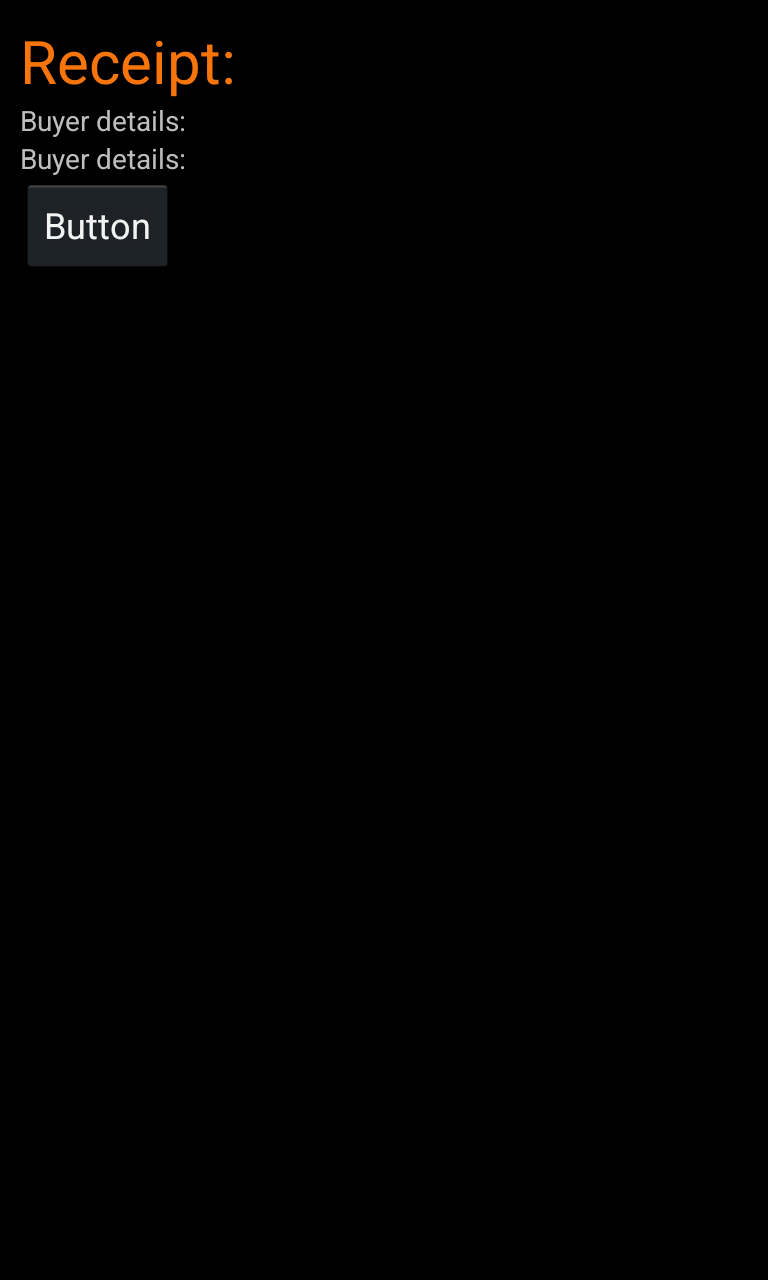
Repository: Adammdit/DT2283GUI
Layout: GunSmoke/res/layout/activity_receipt.xml
An editor plug-in stored every save of this project. The layout is shown before and after the next save, followed by the edit.
It is drawn on a 768 x 1280 px phone screen (xhdpi) without system bars, with theme android:Theme.Holo; the app's code is not run.

Above is the layout before, as saved 2014-11-09 16:04:10.

### GunSmoke/res/layout/activity_receipt.xml
<LinearLayout xmlns:android="http://schemas.android.com/apk/res/android"
    xmlns:tools="http://schemas.android.com/tools"
    android:id="@+id/LinearLayout1"
    android:layout_width="match_parent"
    android:layout_height="match_parent"
    android:paddingBottom="10dp"
    android:paddingLeft="10dp"
    android:paddingRight="10dp"
    android:paddingTop="10dp"
    android:orientation="vertical" >

    <TextView
        android:layout_width="wrap_content"
        android:layout_height="wrap_content"
        android:textColor="#F7750A"
        android:text="Receipt:"
        android:textSize="30sp" />

    <TextView
        android:layout_width="wrap_content"
        android:layout_height="wrap_content"
        android:text="@string/buyerDetails" />
    <TextView
        android:id="@+id/receiptName"
        android:layout_width="wrap_content"
        android:layout_height="wrap_content"
        android:text="@string/buyerDetails" />

    <Button
        android:id="@+id/confirm"
        android:layout_width="wrap_content"
        android:layout_height="wrap_content"
        android:layout_marginBottom="120dp"
        android:text="Button" />

</LinearLayout>

### GunSmoke/res/values/strings.xml
<?xml version="1.0" encoding="utf-8"?>
<resources>

    <string name="app_name">GunSmoke</string>
    <string name="title">Details form:</string>
    <string name="mainLabel">Main list</string>
    <string name="nameLabel">NAME : </string>
    <string name="ageLabel">AGE : </string>
    <string name="emailLabel">EMAIL : </string>
    <string name="budgetLabel">BUDGET : </string>
    <string name="female">Female</string>
    <string name="male">Male</string>
    <string name="buttonLabel">Continue</string>
    <string name="title_activity_splash_screen">SplashScreen</string>
    <string name="splash_info">All prices excludes vat = 21%</string>
    <string name="title_activity_details_form">DetailsForm</string>
    <string name="budgetHint">Enter available budget</string>
    <string name="emailHint">Enter your email address</string>
    <string name="ageHint">Enter your age</string>
    <string name="formInfo">Please register first :</string>
    <string name="nameHint">Enter your name</string>
    <string name="title_activity_receipt">Receipt</string>
    <string name="buyerDetails">Buyer details:</string>

    <!-- List of job titles -->
    <string-array name="jobTitles">
        <item>Select your job</item>
        <item>Accountancy, banking and finance</item>
        <item>Animal and plant resources</item>
        <item>Advertising, marketing and PR</item>
        <item>Business, consulting and management</item>
        <item>Charity and voluntary work</item>
        <item>Creative arts and design</item>
        <item>Education</item>
        <item>Engineering, manufacturing and production</item>
        <item>Healthcare</item>
        <item>Human resources and employment</item>
        <item>Information services</item>
        <item>Information technology</item>
        <item>Insurance and pensions</item>
        <item>Law</item>
        <item>Leisure, sport and tourism</item>
        <item>Media and broadcasting</item>
        <item>Performing arts</item>
        <item>Publishing and journalism</item>
        <item>Scientific services</item>
        <item>Transport, logistics and distribution</item>
    </string-array>
    <!-- Melee weapones -->
    <string-array name="melee">
        <item>Knife</item>
        <item>Machete</item>
        <item>Maltador</item>
        <item>Galstead</item>
        <item>Throwing knife</item>
        <item>Ubuntu</item>
        <item>Windows7</item>
        <item>Max OS X</item>
        <item>Linux</item>
        <item>OS/2</item>
    </string-array>



</resources>

After the next save:
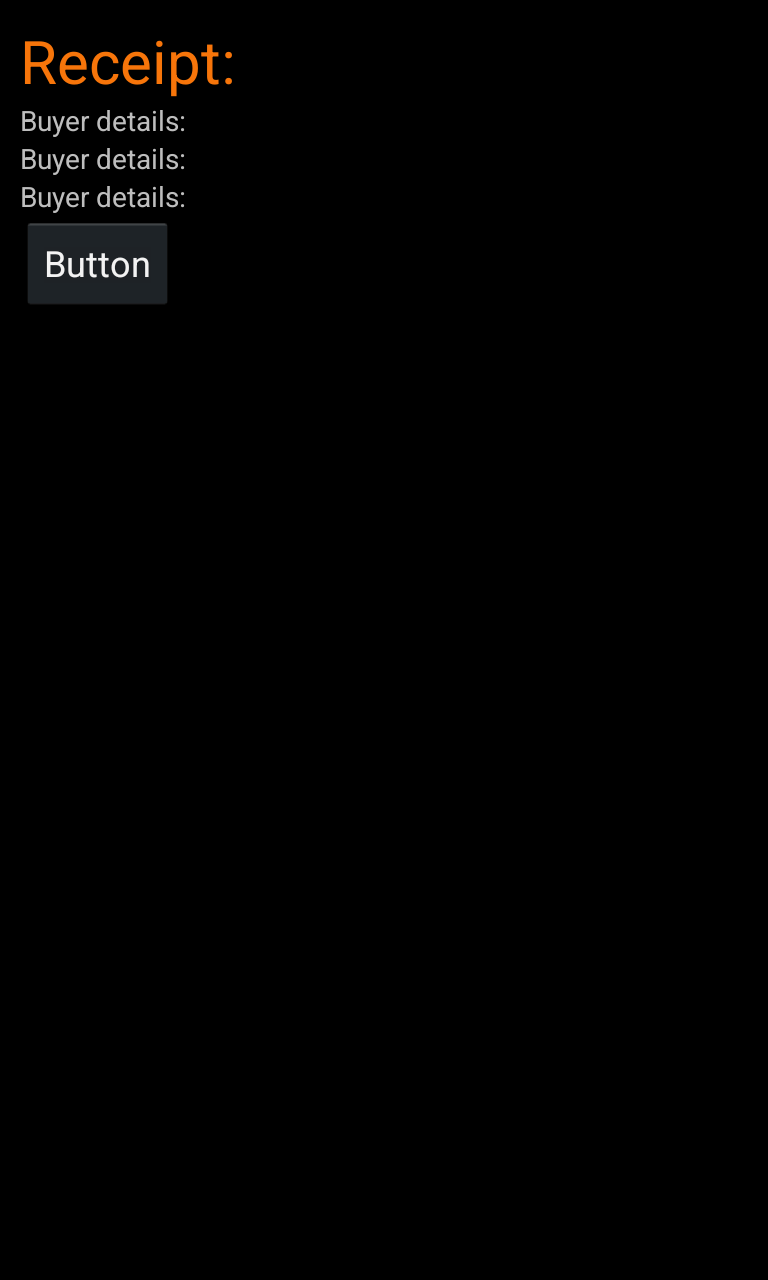
Saved 4 min 8 s later.
--- a/GunSmoke/res/layout/activity_receipt.xml
+++ b/GunSmoke/res/layout/activity_receipt.xml
@@ -25,6 +25,11 @@
         android:layout_width="wrap_content"
         android:layout_height="wrap_content"
         android:text="@string/buyerDetails" />
+    <TextView
+        android:id="@+id/receiptLicence"
+        android:layout_width="wrap_content"
+        android:layout_height="wrap_content"
+        android:text="@string/buyerDetails" />
 
     <Button
         android:id="@+id/confirm"
